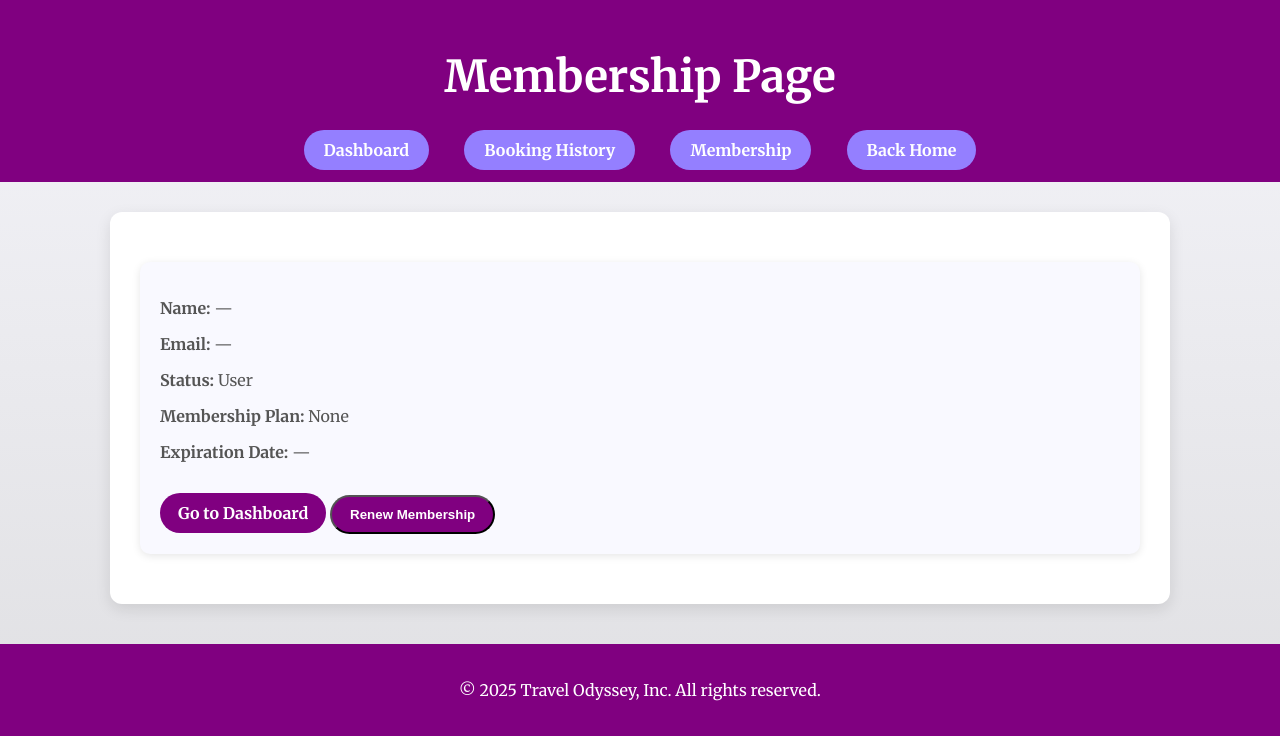
Repository: GHzPhoenix/Project-Odyssey
Page: Frontend/membership-confirmation.html
These files come from the project's save history. The page is drawn as it stood at one moment and after the next save; the edit follows.
The browser window is 1280 px wide. The pictures show the whole page.

Above is the page before, as saved 2025-06-08 11:08:28.

### Frontend/membership-confirmation.html
<!DOCTYPE html>
<html lang="en">
  <head>
    <meta charset="UTF-8" />
    <meta name="viewport" content="width=device-width, initial-scale=1.0" />
    <title>Membership Confirmation – Travel Odyssey</title>
    <link rel="stylesheet" href="css/dashboard.css" />
    <link rel="stylesheet" href="css/membership.css" />

    <link rel="preconnect" href="https://fonts.googleapis.com" />
    <link rel="preconnect" href="https://fonts.gstatic.com" crossorigin />
    <link
      href="https://fonts.googleapis.com/css2?family=Merriweather:wght@300;400;700&display=swap"
      rel="stylesheet"
    />
  </head>

  <body>
    <header>
      <h1 style="color: white">Membership Page</h1>
      <nav>
        <a href="dashboard.html">Dashboard</a>
        <a href="booking-history.html">Booking History</a>
        <a href="membership-confirmation.html">Membership</a>
        <a href="index.html">Back Home</a>
      </nav>
    </header>

    <main>
      <section class="confirmation dashboard-section">
        <p><strong>Name:</strong> <span id="user-name">Loading…</span></p>
        <p><strong>Email:</strong> <span id="user-email">Loading…</span></p>
        <p><strong>Status:</strong> <span id="user-status">Loading…</span></p>

        <p>
          <strong>Membership Plan:</strong>
          <span id="membership-type">Loading…</span>
        </p>
        <p>
          <strong>Expiration Date:</strong>
          <span id="membership-expiration">Loading…</span>
        </p>
        <div class="buttons">
          <a href="dashboard.html" class="button">Go to Dashboard</a>
          <button id="renew-button" class="button">Renew Membership</button>
        </div>

        <div id="renew-message" class="message"></div>
      </section>
    </main>

    <footer class="footer">
      <div class="footer-container"></div>
      <div class="footer-bottom">
        <p>© 2025 Travel Odyssey, Inc. All rights reserved.</p>
      </div>
    </footer>

    <script>
      function toggleMenu() {
        document.querySelector(".nav-menu").classList.toggle("active");
      }

      document.addEventListener("DOMContentLoaded", () => {
        const user = JSON.parse(localStorage.getItem("user") || "{}");
        const membershipType = localStorage.getItem("membershipType");
        const membershipExpires = localStorage.getItem("membershipExpires");

        document.getElementById("user-name").textContent = user.name || "—";
        document.getElementById("user-email").textContent = user.email || "—";

        const statusEl = document.getElementById("user-status");
        if (membershipType) {
          statusEl.textContent = "Member";
        } else if (user.role === "admin") {
          statusEl.textContent = "Admin";
        } else {
          statusEl.textContent = "User";
        }

        document.getElementById("membership-type").textContent =
          membershipType || "None";
        document.getElementById("membership-expiration").textContent =
          membershipExpires || "—";
      });
    </script>
  </body>
</html>

### Frontend/css/dashboard.css
body {
  font-family: "Merriweather", serif;
  background: linear-gradient(to bottom, #f4f4f9, #e0e0e3);
  margin: 0;
  padding: 0;
}

header {
  background-color: purple;
  color: white;
  text-align: center;
  padding: 20px;
  font-size: 22px;
  font-weight: bold;
}

nav {
  margin-top: 15px;
}

nav a {
  color: white;
  text-decoration: none;
  margin: 0 15px;
  font-weight: bold;
  font-size: 1rem;
  padding: 10px 20px;
  border-radius: 20px;
  background-color: #947fff;
  transition: background 0.3s ease-in-out;
}

nav a:hover {
  background-color: #ff6f91;
  color: yellow;
}

.menu-toggle {
  display: none;
  flex-direction: column;
  cursor: pointer;
}

.menu-toggle div {
  width: 28px;
  height: 3px;
  background-color: white;
  margin: 4px 0;
}

@media (max-width: 768px) {
  nav ul {
    flex-direction: column;
    width: 100%;
    display: none;
    background-color: purple;
    margin-top: 10px;
    padding: 10px 0;
  }

  nav ul.active {
    display: flex;
  }

  .menu-toggle {
    display: flex;
  }

  nav ul li {
    width: 100%;
    text-align: center;
  }
}

main {
  max-width: 1000px;
  margin: 30px auto;
  padding: 30px;
  background-color: white;
  border-radius: 12px;
  box-shadow: 0px 5px 15px rgba(0, 0, 0, 0.1);
}

h2 {
  color: purple;
  font-size: 24px;
  margin-bottom: 20px;
  text-align: center;
  border-bottom: 2px solid purple;
  padding-bottom: 10px;
}

.dashboard-section {
  margin: 20px 0;
  padding: 20px;
  background-color: #f9f9ff;
  border-radius: 10px;
  box-shadow: 0px 2px 8px rgba(0, 0, 0, 0.1);
}

.dashboard-section h3 {
  font-size: 20px;
  color: purple;
  margin-bottom: 10px;
}

.deals-container {
  display: grid;
  grid-template-columns: repeat(auto-fit, minmax(280px, 1fr));
  gap: 1.5rem;
  margin-top: 2rem;
  padding: 0;
}

.deal-card {
  background-color: #fff;
  border-radius: 12px;
  overflow: hidden;
  box-shadow: 0 4px 10px rgba(0, 0, 0, 0.1);
  transition: transform 0.2s ease, box-shadow 0.2s ease;
  display: flex;
  flex-direction: column;
}

.deal-card:hover {
  transform: translateY(-4px);
  box-shadow: 0 6px 14px rgba(0, 0, 0, 0.15);
}

.deal-card img {
  width: 100%;
  height: 180px;
  object-fit: cover;
  display: block;
}

.deal-card-body {
  padding: 1rem;
  flex: 1;
  display: flex;
  flex-direction: column;
}

.deal-card-body h3 {
  margin: 0 0 0.5rem;
  font-size: 1.25rem;
  color: purple;
}

.deal-card-body p {
  margin: 0.25rem 0;
  color: #555;
  font-size: 0.95rem;
  flex: 1;
}

.card-button {
  display: inline-block;
  background-color: purple;
  color: #fff;
  text-decoration: none;
  padding: 0.5rem 1rem;
  border-radius: 20px;
  font-weight: bold;
  font-size: 0.95rem;
  text-align: center;
  transition: background-color 0.3s ease;
  margin-top: 1rem;
}

.card-button:hover {
  background-color: #ff6f91;
  color: #fff;
}

.no-deals {
  text-align: center;
  font-size: 1rem;
  color: #555;
  margin-top: 2rem;
}

@media (max-width: 600px) {
  .deals-container {
    grid-template-columns: 1fr;
  }
  .deal-card img {
    height: 200px;
  }
}

.dashboard-section p {
  font-size: 16px;
  color: #555;
}

.button {
  background-color: purple;
  color: white;
  padding: 10px 18px;
  border-radius: 25px;
  text-decoration: none;
  display: inline-block;
  margin-top: 15px;
  font-weight: bold;
  transition: background 0.3s ease-in-out;
}

.button:hover {
  background-color: #ff3b72;
}

footer {
  background-color: purple;
  color: white;
  text-align: center;
  padding: 20px;
  margin-top: 40px;
}

@media (max-width: 768px) {
  main {
    margin: 20px;
    padding: 20px;
  }
}

### Frontend/css/membership.css
body {
  font-family: "Merriweather", serif;
  margin: 0;
  padding: 0;
  background-color: #f9f9f9;
  color: #333;
}

main.membership-section {
  padding: 60px 20px;
  text-align: center;
  background: #ffffff;
}

.section-title {
  font-size: 2.4rem;
  margin-bottom: 40px;
  font-weight: 700;
  color: #2c3e50;
}

.membership-grid {
  display: grid;
  grid-template-columns: repeat(auto-fit, minmax(280px, 1fr));
  gap: 30px;
  max-width: 1200px;
  margin: 0 auto;
  padding: 0 20px;
}

.membership-card {
  background: #fff;
  border-radius: 15px;
  padding: 30px;
  box-shadow: 0 10px 25px rgba(0, 0, 0, 0.08);
  transition: transform 0.3s ease, box-shadow 0.3s ease;
  display: flex;
  flex-direction: column;
  align-items: center;
}

.membership-card:hover {
  transform: translateY(-10px);
  box-shadow: 0 15px 35px rgba(0, 0, 0, 0.1);
}

.icon {
  font-size: 3rem;
  color: #6c63ff;
  margin-bottom: 15px;
}

.membership-card h3 {
  font-size: 1.6rem;
  margin-bottom: 10px;
  color: #2c3e50;
}

.membership-card p {
  font-size: 1rem;
  color: #666;
  margin-bottom: 20px;
  line-height: 1.6;
}

.price {
  font-size: 1.3rem;
  font-weight: bold;
  color: #111;
  margin-bottom: 25px;
}

.join-btn {
  background-color: #6c63ff;
  color: white;
  padding: 12px 25px;
  border: none;
  border-radius: 8px;
  font-size: 1rem;
  text-decoration: none;
  transition: background 0.3s ease;
}

.join-btn:hover {
  background-color: #5848d2;
}

@media (max-width: 768px) {
  .membership-grid {
    grid-template-columns: 1fr;
  }
}

After the next save:
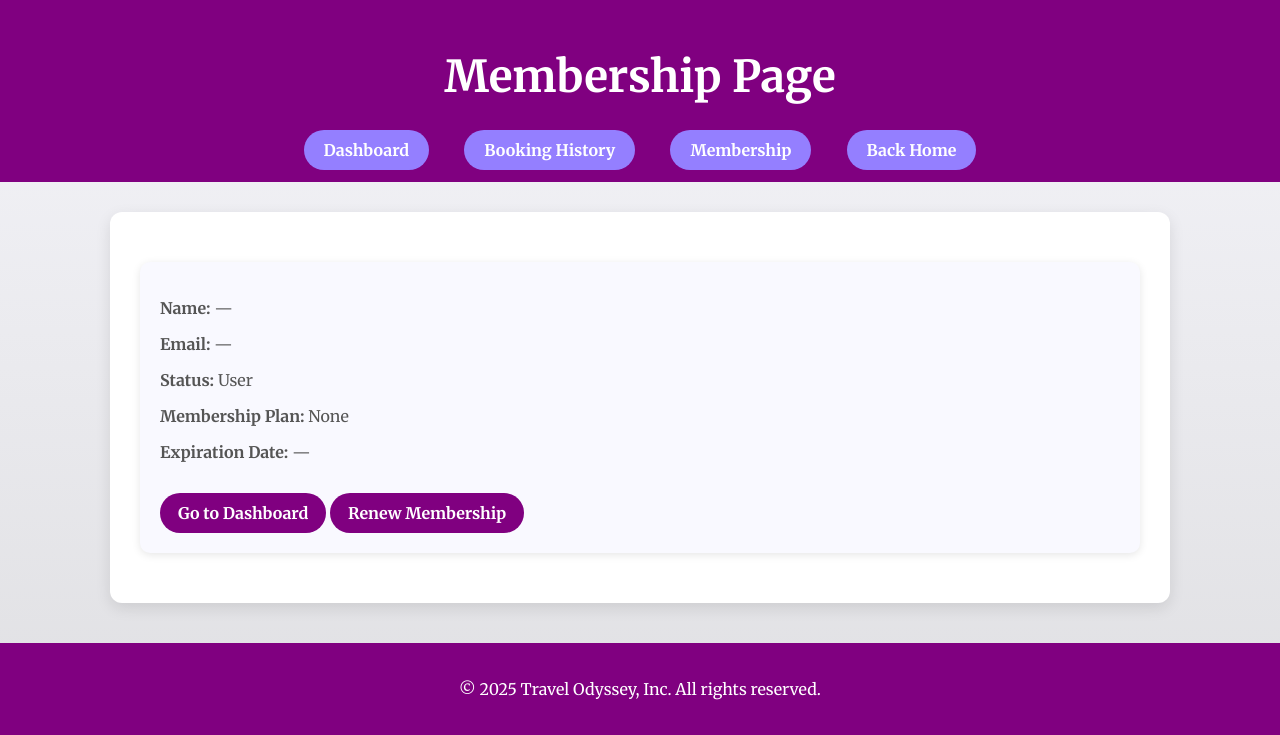
Saved 26 s later.
--- a/Frontend/membership-confirmation.html
+++ b/Frontend/membership-confirmation.html
@@ -42,7 +42,7 @@
         </p>
         <div class="buttons">
           <a href="dashboard.html" class="button">Go to Dashboard</a>
-          <button id="renew-button" class="button">Renew Membership</button>
+          <a id="renew-button" class="button">Renew Membership</a>
         </div>
 
         <div id="renew-message" class="message"></div>
